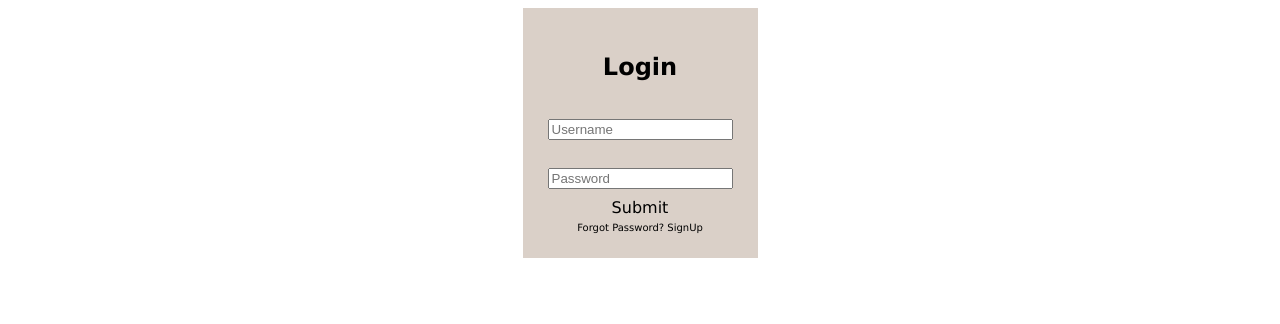
Repository: busra-kayaa/LoginPage
Page: login.html
These files come from the project's save history. The page is drawn as it stood at one moment and after the next save; the edit follows.
The browser window is 1280 px wide. The pictures show the whole page.

Above is the page before, as saved 2023-12-19 21:56:24.

### login.html
<!DOCTYPE html>
<html>
    <head>
        <title>Login Page</title>
        <link rel="stylesheet" href="./style.css" type="text/css"/>
    </head>
    <body>
        <div class="login-from-container">
            <h2>Login</h2>
            <div class="input-group">
                <i class="fa fa-user"></i>
                <input
                    type="text"
                    placeholder="Username"
                    class="input-text"
                    autocomplete="off"
                />
            </div>
            <div class="input-group">
                <i class="fa fa-unclok-alt"></i>
                <input
                    type="password"
                    placeholder="Password"
                    class="input-text"
                    autocomplete="off"
                />
            </div>
            <div>
                <div class="button-group" id="login-button">
                    <a>Submit</a>
                </div>
                <div class="footer">
                    <a>Forgot Password?</a>
                    <a>SignUp</a>
                </div>
            </div>
        </div>
    </body>
</html>

### style.css
body {
    background-color:rgb(255, 255, 255);
    display: flex;
    flex-direction: row;
    align-items: center;
    font-family:'Lucida Sans';
}

.login-from-container {
    background-color: rgb(218, 208, 200);
    display: flex;
    flex-direction: column;
    align-items: center;
    text-align: center;
    margin: auto;
    padding: 25px;
}
.input-group {
    margin-top: 10%;
    margin-bottom: 5%;
}
.button-group {
    align-items: center;
}
.footer {
    margin-top: 5px;
    font-size: 10px;
}

After the next save:
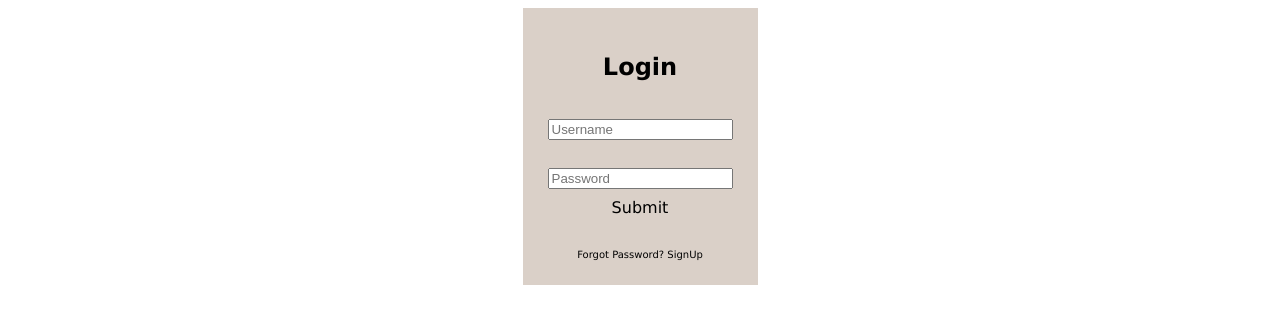
Saved 8 s later.
--- a/style.css
+++ b/style.css
@@ -23,6 +23,6 @@ body {
     align-items: center;
 }
 .footer {
-    margin-top: 5px;
+    margin-top: 25%;
     font-size: 10px;
 }
